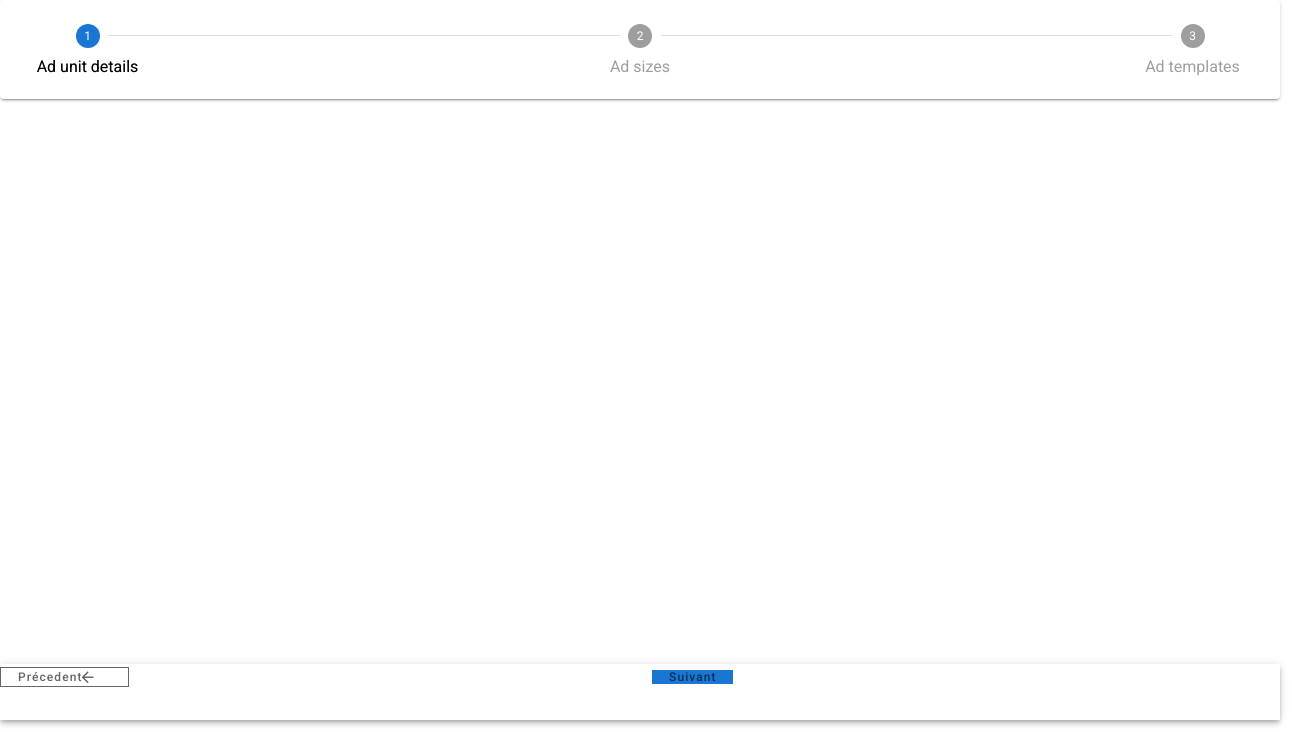
Repository: SidneyHodieb/myc
Page: /addsource
These files come from the project's save history. The page is drawn as it stood at one moment and after the next save; the edit follows.
The browser window is 1280 px wide. The page is 1292 px wide, so the pictures cover 1292 px, including what lies to the right of the window. The pictures show the whole page.
The project was rebuilt for these pictures with package versions that can differ from the ones it lists, and the page was loaded fresh each time. Also part of the build but not shown: vue.config.js, src/views/Home.vue, src/views/addSource/components/format.vue, src/views/addSource/components/card.vue, src/views/addSource/components/trigger.vue.

Above is the page before, as saved 2021-04-03 17:42:59.

After the next save:
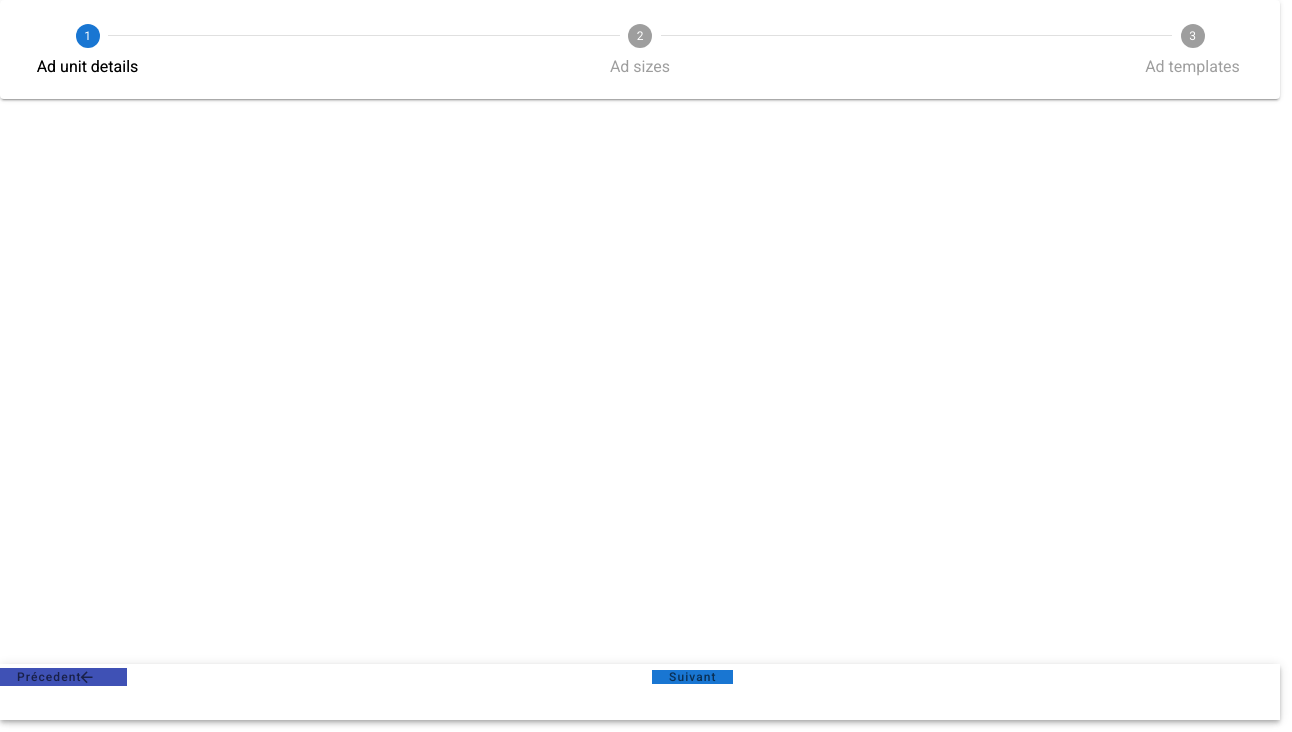
Saved 18 s later.
--- a/src/views/addSource/column.vue
+++ b/src/views/addSource/column.vue
@@ -35,8 +35,7 @@
       <v-row>
         <v-col>
           <v-btn
-      rounded
-      outlined
+
       color="indigo"
     >
      <v-icon left>

After the save that followed:
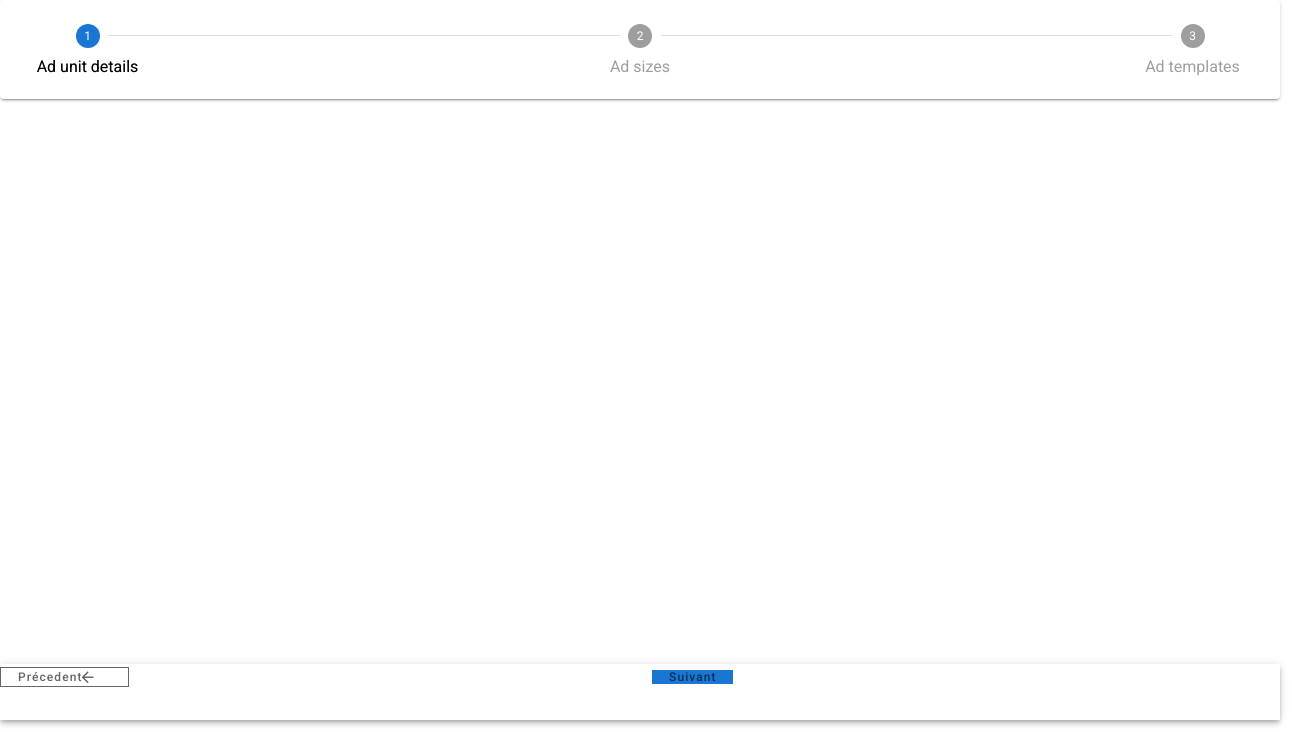
Saved 5 s later.
--- a/src/views/addSource/column.vue
+++ b/src/views/addSource/column.vue
@@ -35,7 +35,8 @@
       <v-row>
         <v-col>
           <v-btn
-
+      rounded
+      outlined
       color="indigo"
     >
      <v-icon left>
